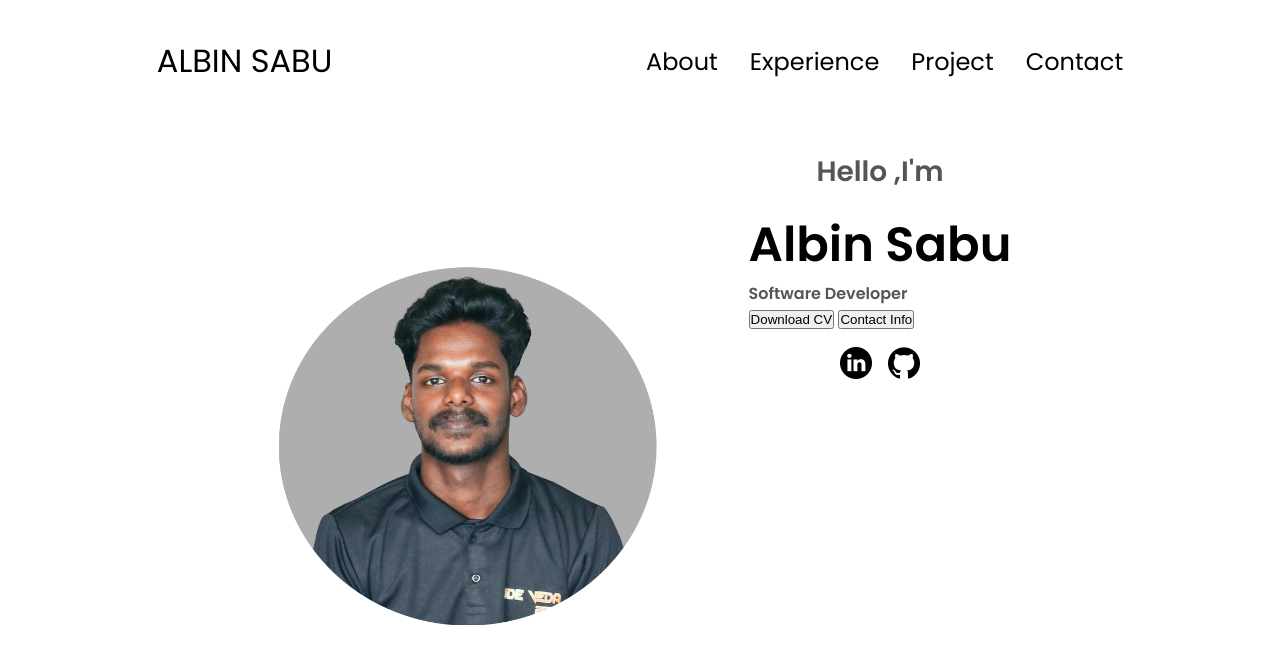
Repository: albinsabu2023/albinsabu
Page: index.html
An editor plug-in stored every save of this project. The page is shown before and after the next save, followed by the edit.
The browser window is 1280 px wide. The pictures show the whole page.

Above is the page before, as saved 2023-08-29 12:09:37.

### index.html
<!DOCTYPE html>
<html lang="en">
<link>
    <meta charset="UTF-8">
    <meta name="viewport" content="width=device-width, initial-scale=1.0">
    <title>Albin Sabu</title>
    <link rel="stylesheet" href="style.css"/>
    <link rel="stylesheet" href="mediaqueries.css">
</head>
<body>
    <nav id="desktop-nav">
        <div class="logo">
            ALBIN SABU
        </div>
        <div>
            <ul class="nav-links">
                <li><a href="#about">About</a></li>
                <li><a href="#experience">Experience</a></li>
                <li><a href="#project">Project</a></li>
                <li><a href="#contact">Contact</a></li>
            </ul>
        </div>
    </nav>
    <nav id="hamburger-nav">
        <div clas="logo"> ALBIN SABU</div>
        <div class="hamburger-menu">
            <div class="hamburger-icon" onclick="toggleMenu()">
                <span></span>
                <span></span>
                <span></span>
            </div>
            <div class="menu-links">
                <li><a href="#about" onclick="toggleMenu()">About</a></li>
                <li><a href="#about" onclick="toggleMenu()">Experience</a></li>
                <li><a href="#about" onclick="toggleMenu()">Project</a></li>
                <li><a href="#about" onclick="toggleMenu()">Contact</a></li>
            </div>
        </div>
    </nav>
    <section id="profile">
        <div class="section__pic-container">
            <img src="./assets/Albin Sabu2.png" alt="profile-pic">
        </div>
        <div class="section__text">
            <p class="section__text__p1">Hello ,I'm</p>
            <h1 class="title">Albin Sabu</h1>
            <p class="section__text__p2">Software Developer</p>
            <div class="btn_container">
                <button class="btn btn-color-2" onclick="window.open('./assets/resume-example.pdf')">Download CV</button>
                <button class="btn btn-color-1" onclick="location.href='#contact'">Contact Info</button>
            </div>
            <div id="social-container">
                <img src="./assets/linkedin.png" alt="My Linkedin Profile" class="icon" onclick="location.href='https://www.linkedin.com/in/albin-sabu-377798230'">
                <img src="./assets/github.png" alt="My Github Profile" class="icon" onclick="location.href='https://github.com/albinsabu2023'">

            </div>
        </div>
    </section>
    <script src="script.js"></script>
</body>
</html>

### style.css
@import url('https://fonts.googleapis.com/css2?family=Poppins:ital,wght@0,300;0,400;0,500;0,600;1,200;1,300;1,500;1,600&display=swap');

* {
    margin: 0;
    padding: 0;
}

body {
    font-family: 'Poppins', sans-serif;
}

html {
    scroll-behavior: smooth;
}

p {
    color: rgb(85, 85, 85);
}

a,
.btn {
    transition: all 300ms ease
}

/* Desktop navigation */
nav,
.nav-links {
    display: flex;

}

nav {
    justify-content: space-around;
    align-items: center;
    height: 17vh;

}

.nav-links {
    gap: 2rem;
    list-style: none;
    font-size: 1.5rem;
}
a{
    color:black;
    text-decoration: none;
    text-decoration-color: white;
}

a:hover{
    color:gray;
    text-decoration:underline;
    text-underline-offset:1rem ;
    text-decoration-color:rgb(181,181,181);
}

.logo{
    font-size:2rem;
}

#hamburger-nav{
    display:none;
}
.hamburger-menu{
    position: relative;
    display:inline-block;
}
.hamburger-icon{
    display: flex;
    flex-direction: column;
    justify-content: space-between;
    height: 24px;
    width: 30px;
    cursor: pointer;
}

.hamburger-icon span{
    width:100%;
    height: 2px;
    background-color: black;
    transition: all 0.3 ease-in-out;
}

.menu-links{
    position:absolute;
    top:100%;
    right:0%;
    background-color: white;
    width: fit-content;
    max-height: 0;
    overflow: hidden;
    transition: all 0.3 ease-in-out;
}

.menu-links{
    display: block;
    padding: 10px;
    text-align: center;
    font-size: 1.5rem;
    color: black;
    text-decoration: none;
    transform: all 0.3 ease-in-out;
}

.menu-links li{
    list-style: none;

}

.menu-links.open{
    max-height: 300px;
}

.hamburger-icon.open span:first-child{
    transform:rotate(45deg) translate(10px,5px);
}
.hamburger-icon.open span:nth-child(2){
   opacity:0;
}
.hamburger-icon.open span:last-child{
    transform:rotate(-45deg) translate(10px,-5px);
}

.hamburger-icon span:first-child{
    transform: none;
}
.hamburger-icon span:first-child{
    opacity:1;
}
.hamburger-icon span:first-child{
    transform: none;
}

section{
    padding-top:4vh ;
    height: 96vh;
    margin: 0 10rem;
    box-sizing: border-box;
    min-height: fit-content;
}

.section-container{
    display: flex;
}

#profile{
    display: flex;
    justify-content: center;
    gap: 5rem;
    height:  80vh;
}

.section__pic-container{
    display: flex;
    height: 400px;
    width: 400px;
    margin: auto 0;
}

.section__tex{
    align-self:center;
    text-align: center;
}

.section__text p{
    font-weight: 600;
}
.section__text__p1{
    text-align: center;
    font-size:1.75rem;
    margin-bottom:1rem ;
}

.title{
    font-size:3rem;
    text-align: center;
}
#social-container{
    display: flex;
    justify-content: center;
    margin-top: 1rem;
    gap: 1rem;
}

/* icon */
.icon{
    cursor: pointer;
    height: 2rem;
}

.btn-container{
    display: flex;
    justify-content:center;
    gap: 1rem;
}

### mediaqueries.css
@media screen and (max-width:1200px){
    #desktop-nav{
        display: none;
    }
    #hamburger-nav{
        display: flex;
    }
}

Loaded but not shown: script.js (common file)

After the next save:
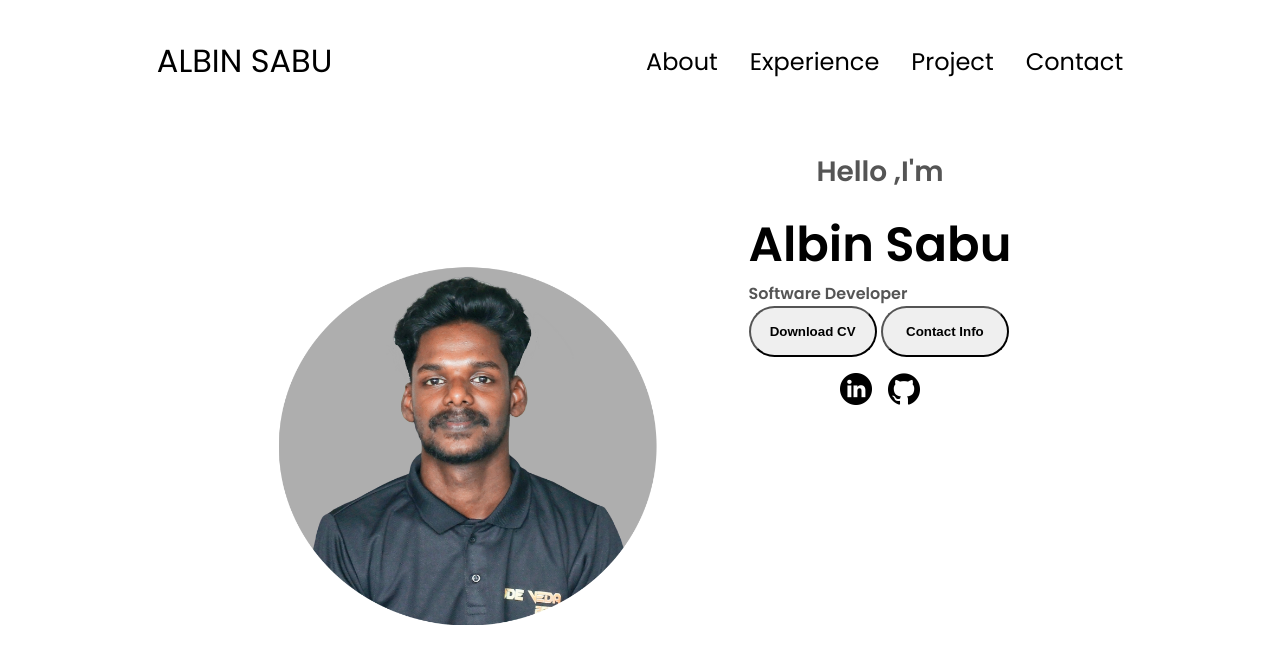
Saved 39 s later.
--- a/style.css
+++ b/style.css
@@ -193,3 +193,11 @@ section{
     justify-content:center;
     gap: 1rem;
 }
+.btn{
+    font-weight: 600;
+    transition: all 300ms ease;
+    padding: 1rem;
+    width: 8rem;
+    border-radius: 2rem;
+
+}
